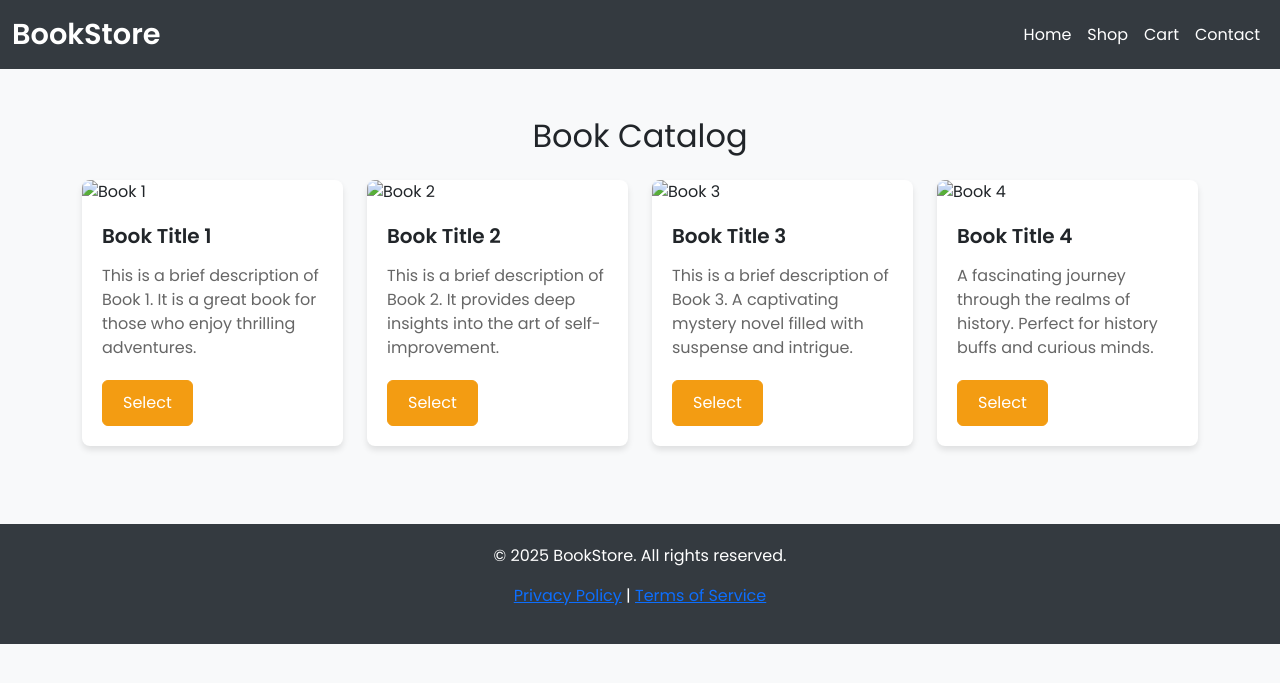
Repository: Cr7Mujassam/Book_Store
Page: http://localhost/bookStore/WEB-INF/jsp/fiction.jsp
An editor plug-in stored every save of this project. The page is shown before and after the next save, followed by the edit.
The browser window is 1280 px wide. The pictures show the whole page.
The page is served by Tomcat 9. Nobody is signed in. The template is opened directly, without the code that normally fills it, so the values that code supplies are empty.

Above is the page before, as saved 2025-01-26 12:47:12.

After the next save:
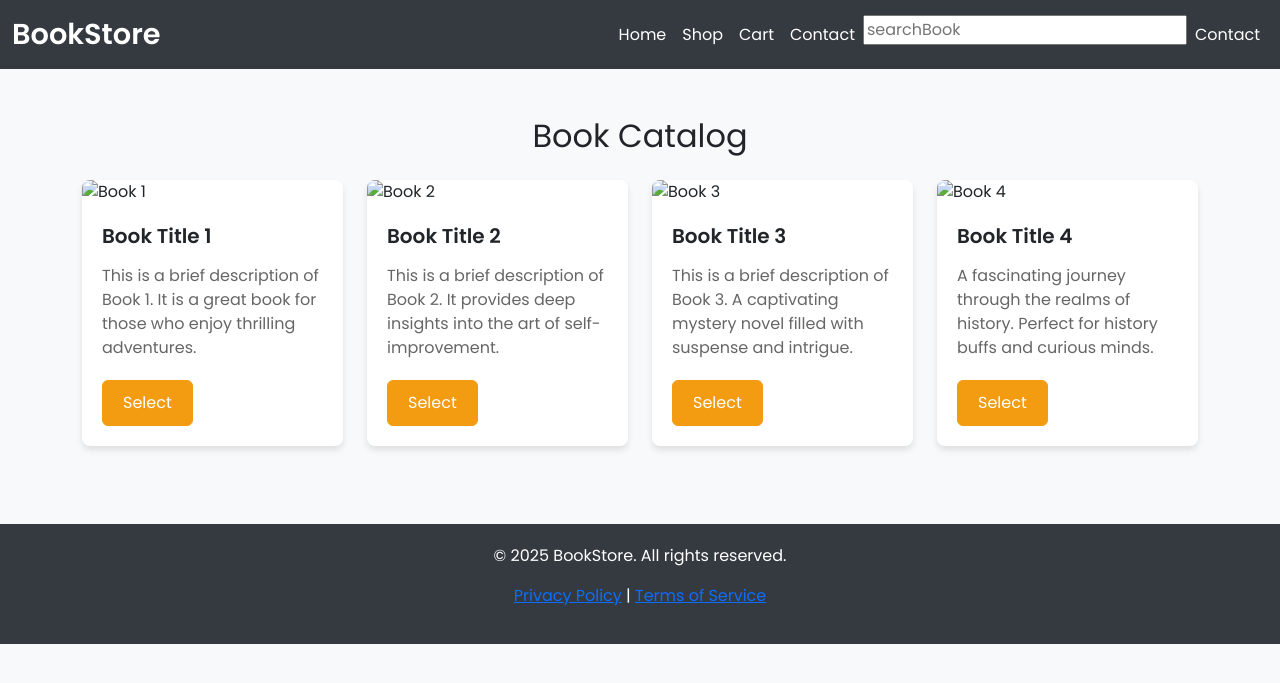
Saved 14 min 39 s later.
--- a/bookStore/src/main/webapp/WEB-INF/jsp/fiction.jsp
+++ b/bookStore/src/main/webapp/WEB-INF/jsp/fiction.jsp
@@ -112,6 +112,13 @@
                     <li class="nav-item">
                         <a class="nav-link" href="#">Contact</a>
                     </li>
+                    <li class="nav-item">
+                        <input type="text" class="" placeholder="searchBook">
+                    </li>
+                    <li class="nav-item">
+                        <button type="button" class="nav-link" onclick="">Contact</button>
+                    </li>
+
                 </ul>
             </div>
         </div>
